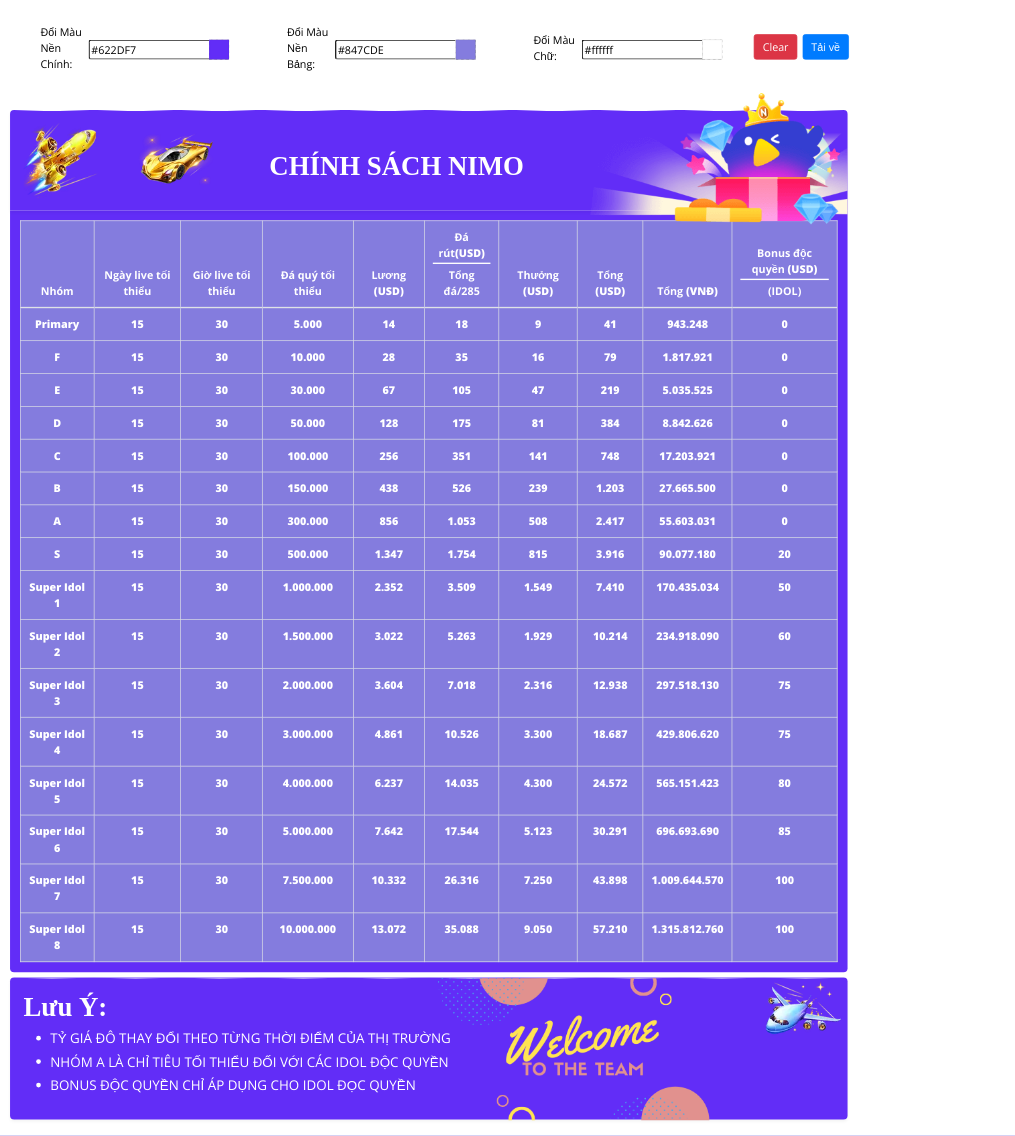
Repository: dav1601/nimo-work
Page: http://localhost/
An editor plug-in stored every save of this project. The page is shown before and after a run of saves, followed by the edit.
The browser window is 1280 px wide. The page is 1515 px wide, so the pictures cover 1515 px, including what lies to the right of the window. The pictures show the whole page, at 67% of full size.
The page is run by PHP 8.4 with error messages shown; the project is at /var/www/html/.

Above is the page before, as saved 2022-04-15 15:46:35.

After the next 2 saves:
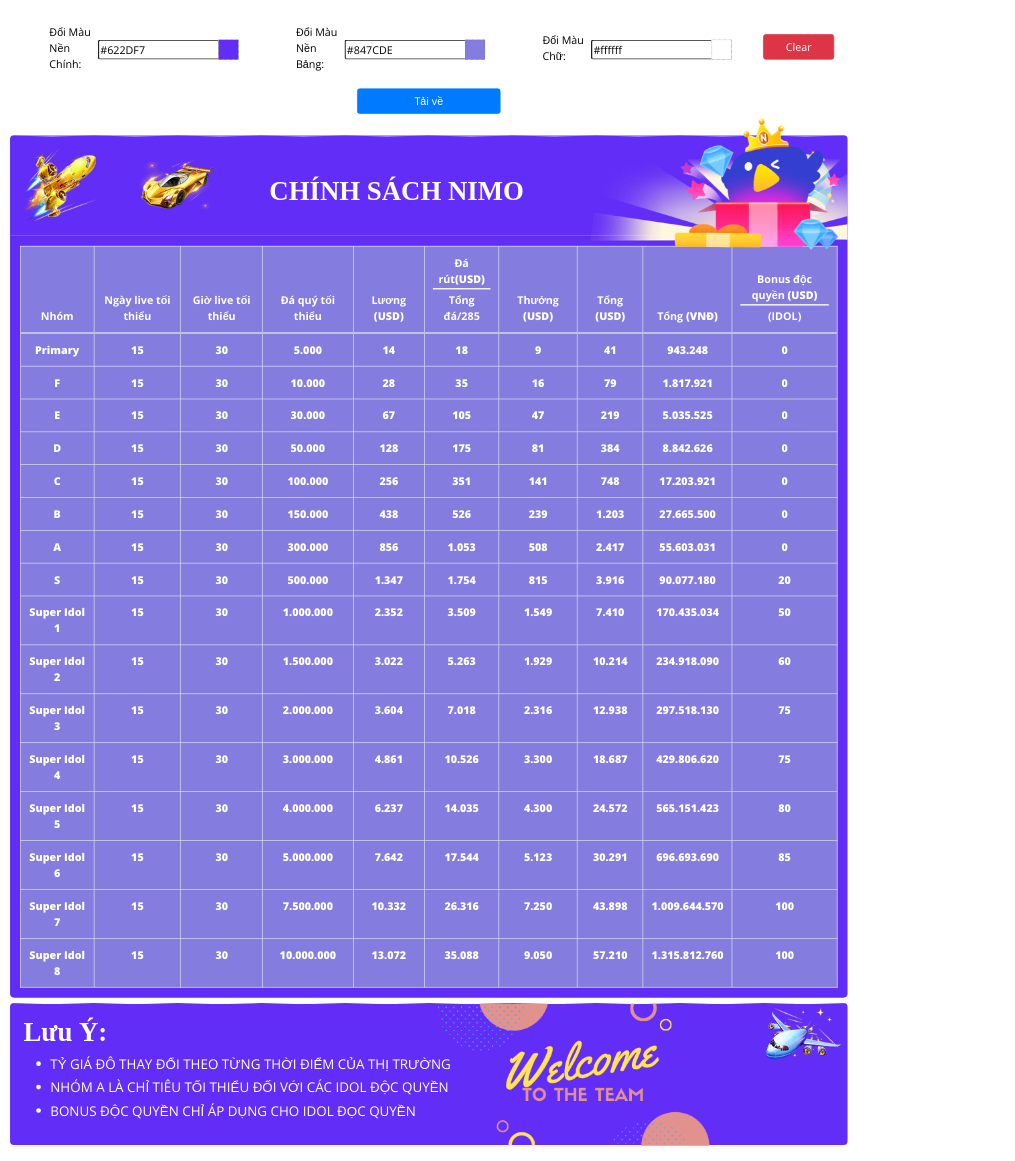
The 2 saves are shown as one change because they came seconds apart.
The last was saved 11 s later.
--- a/index.php
+++ b/index.php
@@ -289,8 +289,8 @@
                 <label for="3" class="mx-2 d-block mt-1">Đổi Màu Chữ:</label>
                 <input type="text" id="color-3" class="coloris" value="" />
             </div>
-            <button type="button" class="btn btn-danger mx-2" id="clear">Clear</button>
-            <button type="button" class="btn btn-primary" id="down">Tải về</button>
+            <button type="button" class="btn btn-danger mx-2 col-1" id="clear">Clear</button>
+            <button type="button" class="btn btn-primary col-2" id="down">Tải về</button>
         </div>
         <div class="container-fluid py-4" id="export">
             <header>
